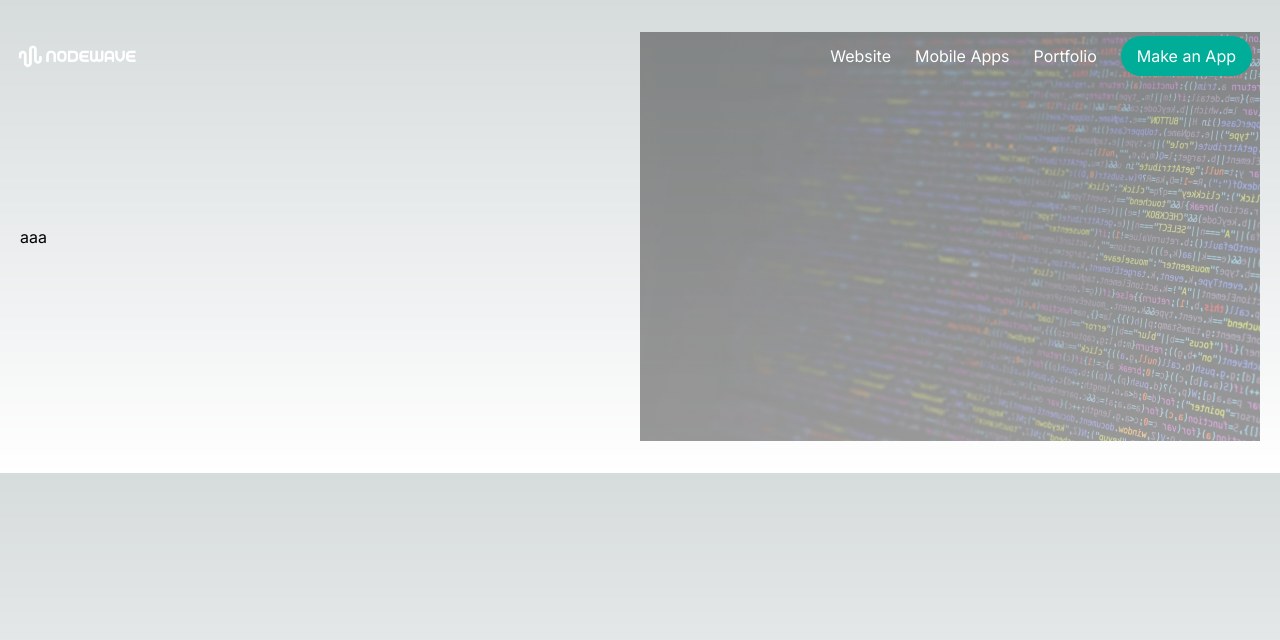
Repository: farrelmuhammad/nodewave
Page: /
These files come from the project's save history. The page is drawn as it stood at one moment and after the next save; the edit follows.
The browser window is 1280 px wide. The pictures show the whole page.
The project was rebuilt for these pictures with package versions that can differ from the ones it lists, and the page was loaded fresh each time. The framework's server and built-in components were replaced by stand-ins that run in the browser. Also part of the build but not shown: next.config.js.

Above is the page before, as saved 2023-09-08 13:05:41.

### src/app/page.js
import Hero from '@/components/Hero'
import Navbar from '@/components/Navbar'

export default function Home() {
  return (
    <>
      <Navbar />
      <Hero />
    </>
  )
}

### src/app/globals.css
@tailwind base;
@tailwind components;
@tailwind utilities;

@import url('https://fonts.googleapis.com/css2?family=Poppins:wght@300;400;500;600;700&display=swap');

:root {
  --foreground-rgb: 0, 0, 0;
  --background-start-rgb: 214, 219, 220;
  --background-end-rgb: 255, 255, 255;
  font-family: 'Poppins', sans-serif;
}

@media (prefers-color-scheme: dark) {
  :root {
    --foreground-rgb: 255, 255, 255;
    --background-start-rgb: 0, 0, 0;
    --background-end-rgb: 0, 0, 0;
  }
}

body {
  color: rgb(var(--foreground-rgb));
  background: linear-gradient(
      to bottom,
      transparent,
      rgb(var(--background-end-rgb))
    )
    rgb(var(--background-start-rgb));
}

@media only screen and (max-width: 768px) {
  .hero .hero-image,
  .hero .hero-caption {
    min-height: 90vh;
  }
  .hero .hero-cta {
    @apply w-12 h-12;
    transform: translateX(-75px) translateY(-50%);
    background-size: 37.5%;
  }
}

### src/components/Hero.jsx
import React from "react";
import Image from "next/image";

const Hero = () => {
  return (
    <main className="flex items-center w-full py-8 px-5 hero">
      <div className="w-1/2">aaa</div>
      <div className="w-1/2">
        <div class="relative hero-image">
          <div class="overlay inset-0 bg-black opacity-35 z-10"></div>
          <img
            src="/assets/background.png"
            alt="hero 1"
            class="absolute inset-0 md:relative w-full h-full object-cover object-center"
          />
        </div>
      </div>
    </main>
  );
};

export default Hero;

### src/components/Navbar.jsx
import React from "react";
import Image from "next/image";

const Navbar = () => {
  return (
    <header class="absolute w-full z-50 px-4">
      <div class="container mx-auto py-5">
        <div class="flex flex-stretch items-center">
          <div class="w-56 items-center flex">
            <Image src="/assets/Logo.png" width={226} height={100} alt="Logo" />
          </div>
          <div class="w-full"></div>
          <div class="w-auto py-4">
            <ul
              class="fixed bg-white inset-0 flex flex-col invisible items-center justify-center opacity-0 md:visible md:flex-row md:bg-transparent md:relative md:opacity-100 md:flex md:items-center"
              id="menu"
            >
              <li class="mx-3 py-6 md:py-0">
                <a href="#" class="text-black md:text-white hover:underline">
                  Website
                </a>
              </li>
              <li class="mx-3 py-6 md:py-0">
                <a
                  href="#"
                  class="text-black md:text-white hover:underline whitespace-nowrap overflow-ellipsis"
                >
                  Mobile Apps
                </a>
              </li>
              <li class="mx-3 py-6 md:py-0">
                <a href="#" class="text-black md:text-white hover:underline">
                  Portfolio
                </a>
              </li>
              <li class="mx-3 py-6 md:py-0">
                <button class="px-4 py-2 bg-[#00AD98] rounded-full">
                  <a
                    href="#"
                    class="text-black md:text-white hover:underline whitespace-nowrap overflow-ellipsis"
                  >
                    Make an App
                  </a>
                </button>
              </li>
            </ul>
          </div>
          <div class="w-auto">
            <ul class="items-center flex">
              <li class="ml-6 block md:hidden">
                <button
                  id="menu-toggler"
                  class="relative flex z-50 items-center justify-center w-8 h-8 text-black md:text-white focus:outline-none"
                >
                  <svg
                    class="fill-current"
                    width="18"
                    height="17"
                    viewBox="0 0 18 17"
                  >
                    <path d="M15.9773 0.461304H1.04219C0.466585 0.461304 0 0.790267 0 1.19609C0 1.60192 0.466668 1.93088 1.04219 1.93088H15.9773C16.5529 1.93088 17.0195 1.60192 17.0195 1.19609C17.0195 0.790208 16.5529 0.461304 15.9773 0.461304Z" />
                    <path d="M15.9773 7.68802H1.04219C0.466585 7.68802 0 8.01698 0 8.42281C0 8.82864 0.466668 9.1576 1.04219 9.1576H15.9773C16.5529 9.1576 17.0195 8.82864 17.0195 8.42281C17.0195 8.01692 16.5529 7.68802 15.9773 7.68802Z" />
                    <path d="M15.9773 14.9147H1.04219C0.466585 14.9147 0 15.2437 0 15.6495C0 16.0553 0.466668 16.3843 1.04219 16.3843H15.9773C16.5529 16.3843 17.0195 16.0553 17.0195 15.6495C17.0195 15.2436 16.5529 14.9147 15.9773 14.9147Z" />
                  </svg>
                </button>
              </li>
            </ul>
          </div>
        </div>
      </div>
    </header>
  );
};

export default Navbar;

Loaded but not shown: src/app/layout.js (common file); tailwind.config.js (common file)

After the next save:
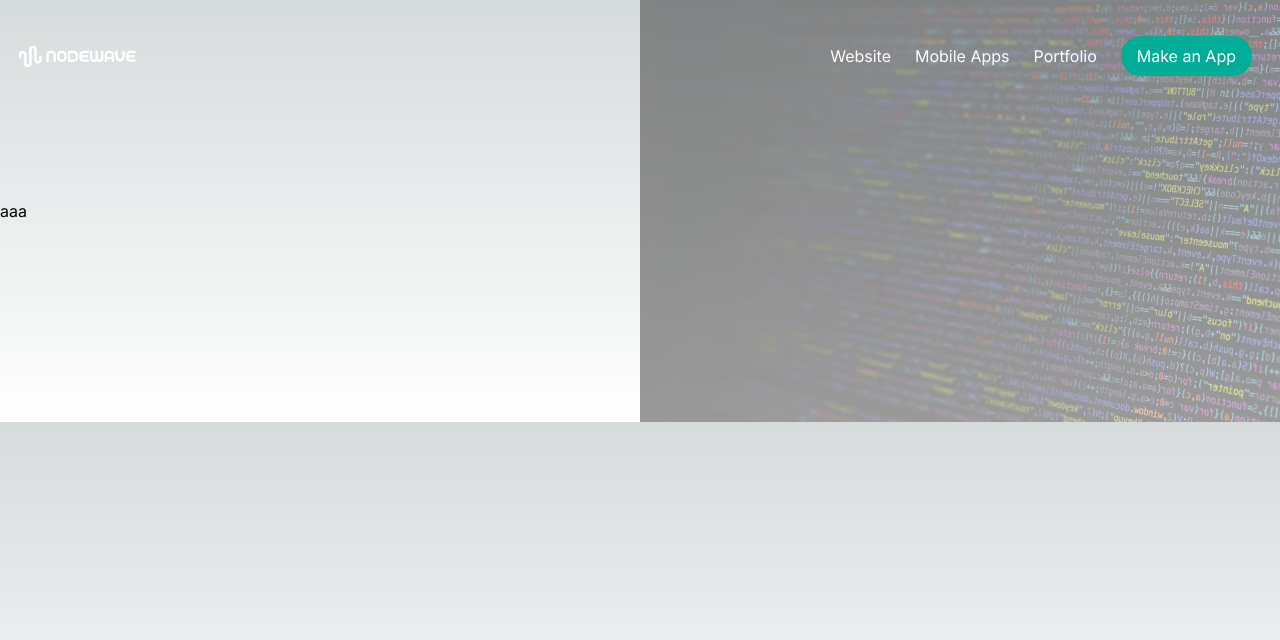
Saved 8 s later.
--- a/src/components/Hero.jsx
+++ b/src/components/Hero.jsx
@@ -3,7 +3,7 @@
 
 const Hero = () => {
   return (
-    <main className="flex items-center w-full py-8 px-5 hero">
+    <main className="flex items-center w-full  hero">
       <div className="w-1/2">aaa</div>
       <div className="w-1/2">
         <div class="relative hero-image">

After the save that followed:
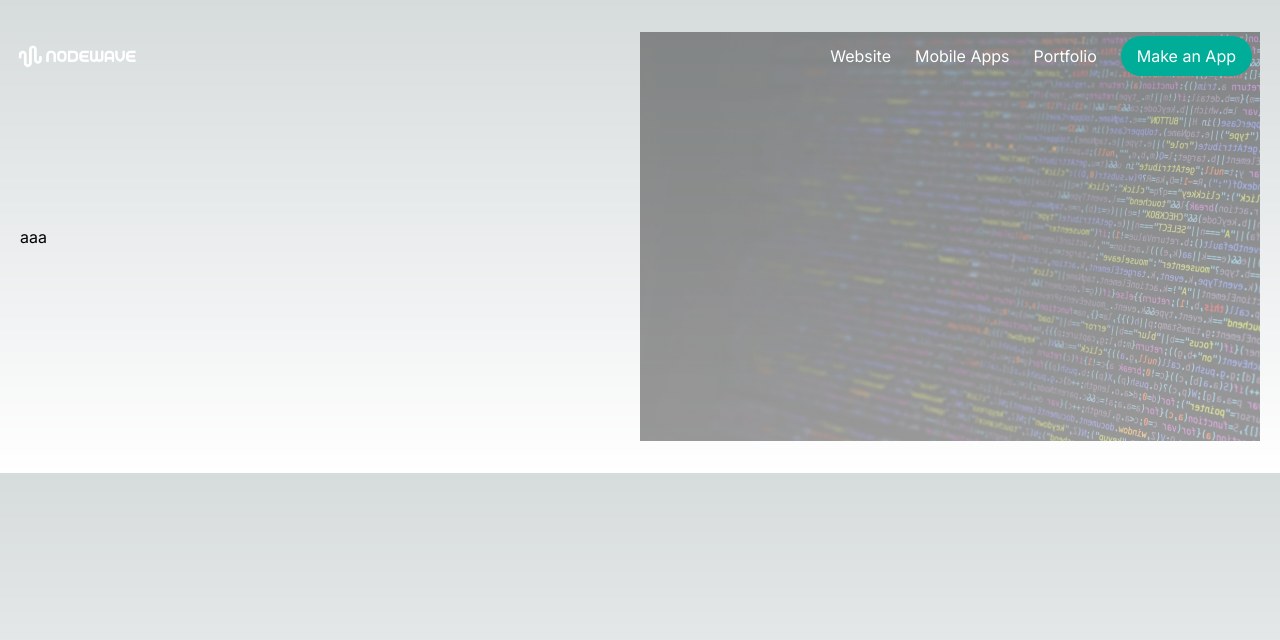
Saved 5 s later.
--- a/src/components/Hero.jsx
+++ b/src/components/Hero.jsx
@@ -3,7 +3,7 @@
 
 const Hero = () => {
   return (
-    <main className="flex items-center w-full  hero">
+    <main className="flex items-center w-full py-8 px-5 hero">
       <div className="w-1/2">aaa</div>
       <div className="w-1/2">
         <div class="relative hero-image">
